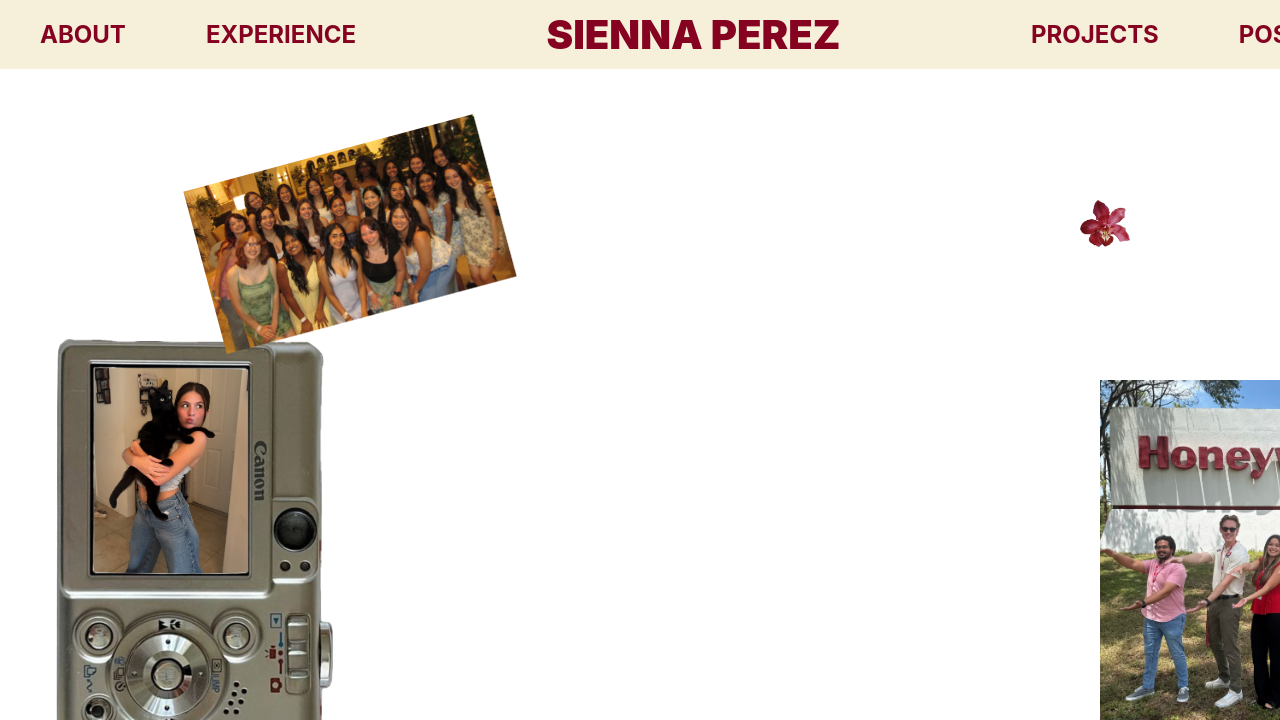
Repository: siennaperez/siennaperezweb
Page: /
These files come from the project's save history. The page is drawn as it stood at one moment and after the next save; the edit follows.
The browser window is 1280 px wide. The pictures show the whole page.
The project was rebuilt for these pictures with package versions that can differ from the ones it lists, and the page was loaded fresh each time. Also part of the build but not shown: src/pages/About.css, src/pages/About.js, src/pages/Experience.css, src/pages/Experience.js.

Above is the page before, as saved 2025-09-24 12:57:58.

### src/App.js
import './App.css';
import ReactDOM from "react-dom/client";
import { HashRouter, Routes, Route, Link } from "react-router-dom";
import Navbar from "./components/Navbar";
import Home from "./pages/Home";
import About from "./pages/About";
import Experience from "./pages/Experience";


function App() {
  return (
    <HashRouter>
      <Navbar />
      <Routes>
        <Route path="/" element={<Home />} />
        <Route path="/about" element={<About />} />
        <Route path="/experience" element={<Experience />} />

      </Routes>
    </HashRouter>
  );
}

export default App;

### src/App.css
.App {
  text-align: center;
}

.App-logo {
  height: 40vmin;
  pointer-events: none;
}

@media (prefers-reduced-motion: no-preference) {
  .App-logo {
    animation: App-logo-spin infinite 20s linear;
  }
}

.App-header {
  background-color: #FFFCEF;
  min-height: 100vh;
  display: flex;
  flex-direction: column;
  align-items: center;
  justify-content: center;
  font-size: calc(10px + 2vmin);
  color: white;
}

.App-link {
  color: #61dafb;
}

@keyframes App-logo-spin {
  from {
    transform: rotate(0deg);
  }
  to {
    transform: rotate(360deg);
  }
}

### src/components/Navbar.js
import "./Navbar.css";
import { NavLink } from "react-router-dom";

const Navbar = () => {
  return (
    <nav className="navbar">
      <ul className="nav-list">
        <div className="nav-left">
          <li className="nav-item">
            <NavLink to="/about">ABOUT</NavLink>
          </li>
          <li className="nav-item">
            <NavLink to="/experience">EXPERIENCE</NavLink>
          </li>
        </div>

        <div className="nav-center">
          <li className="nav-item">
            <NavLink to="/">SIENNA PEREZ</NavLink>
          </li>
        </div>

        <div className="nav-right">
          <li className="nav-item">
            <NavLink to="/projects">PROJECTS</NavLink>
          </li>
          <li className="nav-item">
            <NavLink to="/posts">POSTS</NavLink>
          </li>
        </div>
      </ul>
    </nav>
  );
};

export default Navbar;

### src/pages/Home.js
import cam from '../media/cam.png';
import orchid from '../media/orchid.png';
import redpatches from '../media/red-patches.png';
import toops from '../media/sienna_toopy.jpg';
import honeywell from '../media/honeywell_gator.JPG';
import wicse from '../media/wicse.JPG';

import "./Home.css";



function Home() {
  return (
    <div className="App">
        <img src={toops} alt="toops" className="toops-img"/>;
        <img src={cam} alt="cam" className="cam-img"/>;
        <img src={orchid} alt="orchid" className="orchid-img"/>;
        <img src={redpatches} alt="redpatches" className="redpatches-img"/>;
        <img src={honeywell} alt="honeywell" className="honeywell-img"/>;
        <img src={wicse} alt="wicse" className="wicse-img"/>;



        < about />
    </div>

  );
}

export default Home;

### src/components/Navbar.css
.navbar {
  background-color: #F6F0DA;
  padding: 10px 40px;
  position: fixed;
  width: 100%;
  top: 0;
  z-index: 100;
}

.nav-list {
  display: flex;
  justify-content: space-between;
  align-items: center;
  list-style: none;
  margin: 0;
  padding: 0;
  font-weight: bold;
  font-size: 24px;
  color: #850221;
}

.nav-left,
.nav-right {
  display: flex;
  gap: 80px;
}

.nav-center {
  font-size: 40px;
  font-weight: 900;
}

.nav-item a {
  text-decoration: none;
  color: #850221;
}

### src/pages/Home.css


html, body {
  margin: 0;
  padding: 0;
  overflow: hidden;
  width: 100%;
  height: 100%;
}
#root {
  width: 100%;
  height: 100%;
  position: relative;
}

.App{
    position: relative;
}

.toops-img {
  width: 170px;
  height: auto;
  top: 360px;
  left: 80px;
  position: fixed
}

.cam-img {
  position: fixed;
  top: 150px;
  left: -50px;
  width: 450px;
  transform: rotate(90deg);
}

.orchid-img {
  position: absolute;
  top: 200px;
  right: 150px;
  width: 50px;
}

.redpatches-img {
  position: absolute;
  bottom: 50px;
  left: 50%;
  width: 10px;
  size-adjust: 1000%;
  size-adjust: 10px;
}


.honeywell-img {
  position: fixed;
  top: 380px;
  left: 1100px;
  width: 300px;
}

.wicse-img {
  position: fixed;
  top: 150px;
  left: 200px;
  width: 300px;
  transform: rotate(-15deg);
}

Loaded but not shown: public/index.html (common file); src/index.js (common file); src/index.css (common file); src/reportWebVitals.js (common file)

After the next save:
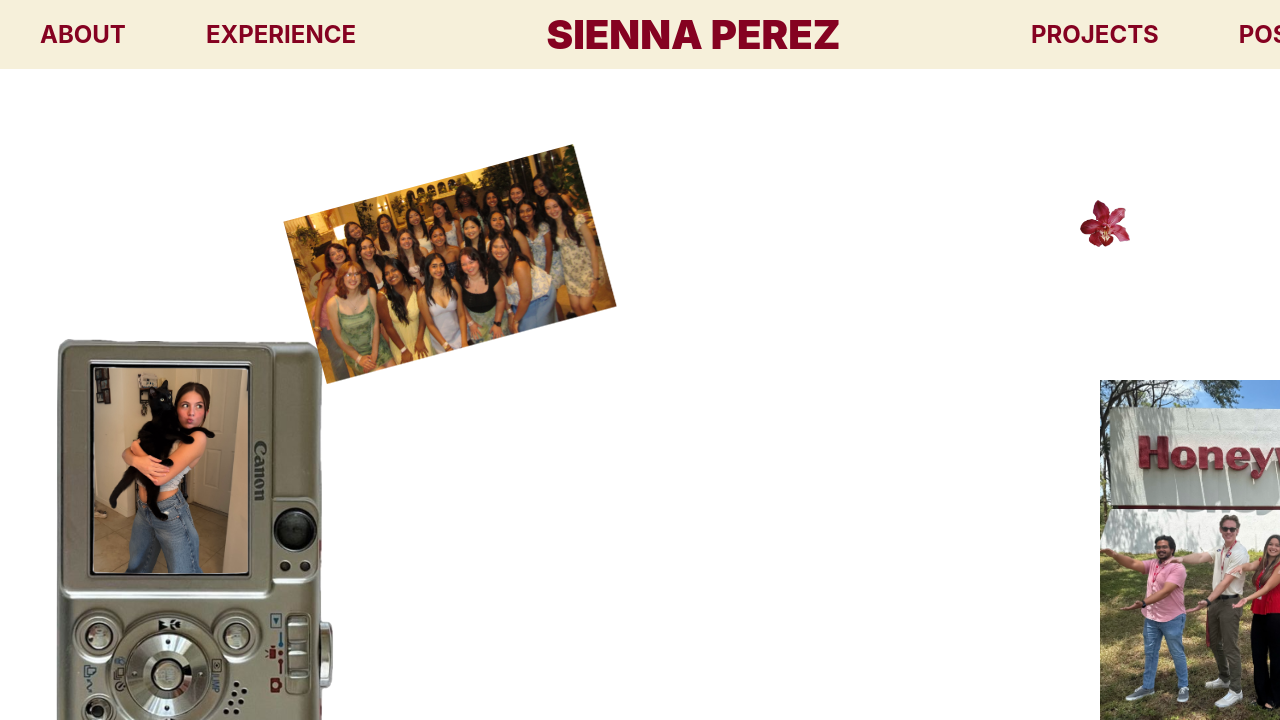
Saved 7 s later.
--- a/src/pages/Home.css
+++ b/src/pages/Home.css
@@ -59,8 +59,8 @@
 
 .wicse-img {
   position: fixed;
-  top: 150px;
-  left: 200px;
+  top: 180px;
+  left: 300px;
   width: 300px;
   transform: rotate(-15deg);
 }
